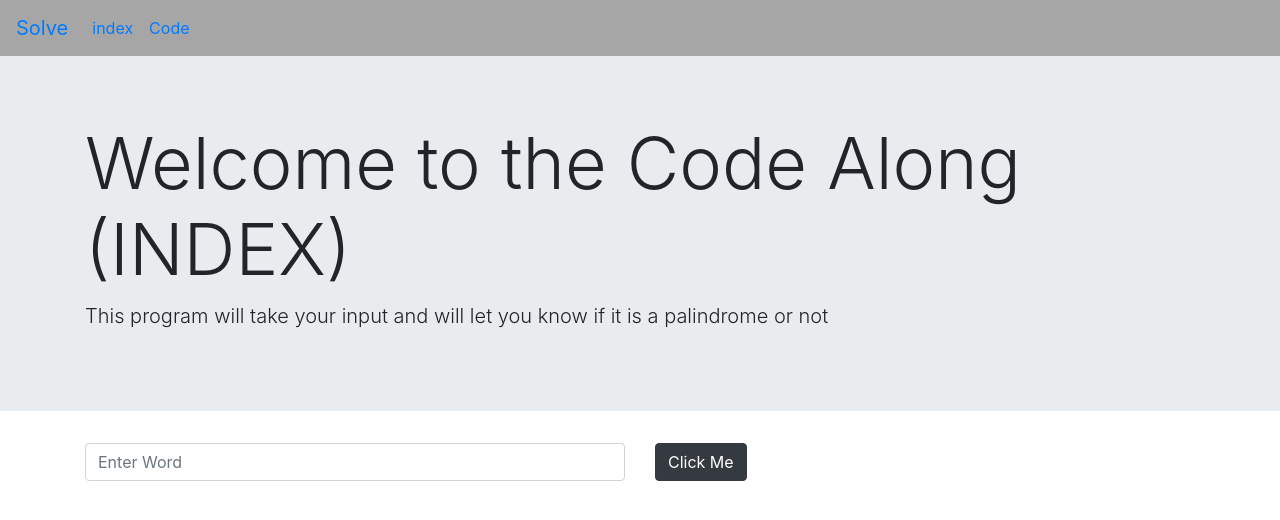
Repository: zhadjah9559/TacocatGrammar
Page: solve.html
These files come from the project's save history. The page is drawn as it stood at one moment and after the next save; the edit follows.
The browser window is 1280 px wide. The pictures show the whole page.

Above is the page before, as saved 2021-01-11 23:28:17.

### solve.html
<!doctype html>
<html lang="en">
  <head>
    <title>Solve</title>
    <!-- Required meta tags -->
    <meta charset="utf-8">
    <meta name="viewport" content="width=device-width, initial-scale=1, shrink-to-fit=no">

    <!-- Bootstrap CSS -->
    <link rel="stylesheet" href="https://stackpath.bootstrapcdn.com/bootstrap/4.3.1/css/bootstrap.min.css" integrity="sha384-ggOyR0iXCbMQv3Xipma34MD+dH/1fQ784/j6cY/iJTQUOhcWr7x9JvoRxT2MZw1T" crossorigin="anonymous">
  </head>
  <body>


    <nav class="navbar navbar-expand-sm" style="background-color: #A6A6A6;">
        <a class="navbar-brand" href="#">Solve</a>
        <button class="navbar-toggler d-lg-none" type="button" data-toggle="collapse" data-target="#collapsibleNavId" aria-controls="collapsibleNavId"
            aria-expanded="false" aria-label="Toggle navigation"></button>
        <div class="collapse navbar-collapse" id="collapsibleNavId">
            <ul class="navbar-nav mr-auto mt-2 mt-lg-0">
                <li class="nav-item active">
                    <a class="nav-link" href="index.html">index <span class="sr-only">(current)</span></a>
                </li>
                <li class="nav-item">
                    <a class="nav-link" href="code.html">Code</a>
                </li>
            </ul>
        </div>
    </nav>


    <div class="jumbotron jumbotron-fluid">
        <div class="container">
            <h1 class="display-3">Welcome to the Code Along (INDEX)</h1>
            <p class="lead">This program will take your input and will let you know if it is a palindrome or not</p>
        </div>
    </div>


    <div class="container">
        <div class="row">
            <!--col 2 is input-->
            <div class="col">
                <input id="userInput" type="text" class="form-control" placeholder="Enter Word">
            </div>

            <!--col 3 is a button-->
            <!--but is what we'll use to iplement listner-->
            <div class="col">
                <button id="userInputBtn" class="btn btn-dark">Click Me</button>
            </div>
        </div>
    </div>




    <!-- Optional JavaScript -->
    <!-- jQuery first, then Popper.js, then Bootstrap JS -->
    <script src="https://code.jquery.com/jquery-3.3.1.slim.min.js" integrity="sha384-q8i/X+965DzO0rT7abK41JStQIAqVgRVzpbzo5smXKp4YfRvH+8abtTE1Pi6jizo" crossorigin="anonymous"></script>
    <script src="https://cdnjs.cloudflare.com/ajax/libs/popper.js/1.14.7/umd/popper.min.js" integrity="sha384-UO2eT0CpHqdSJQ6hJty5KVphtPhzWj9WO1clHTMGa3JDZwrnQq4sF86dIHNDz0W1" crossorigin="anonymous"></script>
    <script src="https://stackpath.bootstrapcdn.com/bootstrap/4.3.1/js/bootstrap.min.js" integrity="sha384-JjSmVgyd0p3pXB1rRibZUAYoIIy6OrQ6VrjIEaFf/nJGzIxFDsf4x0xIM+B07jRM" crossorigin="anonymous"></script>
  </body>
</html>

After the next save:
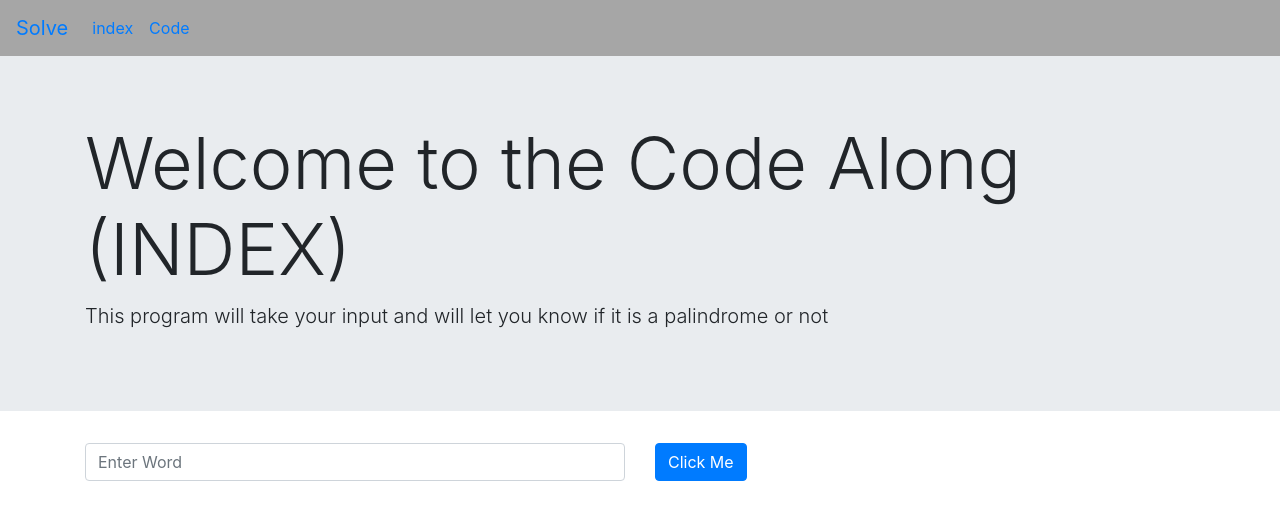
Saved 8 s later.
--- a/solve.html
+++ b/solve.html
@@ -47,7 +47,7 @@
             <!--col 3 is a button-->
             <!--but is what we'll use to iplement listner-->
             <div class="col">
-                <button id="userInputBtn" class="btn btn-dark">Click Me</button>
+                <button id="userInputBtn" class="btn btn-primary">Click Me</button>
             </div>
         </div>
     </div>
